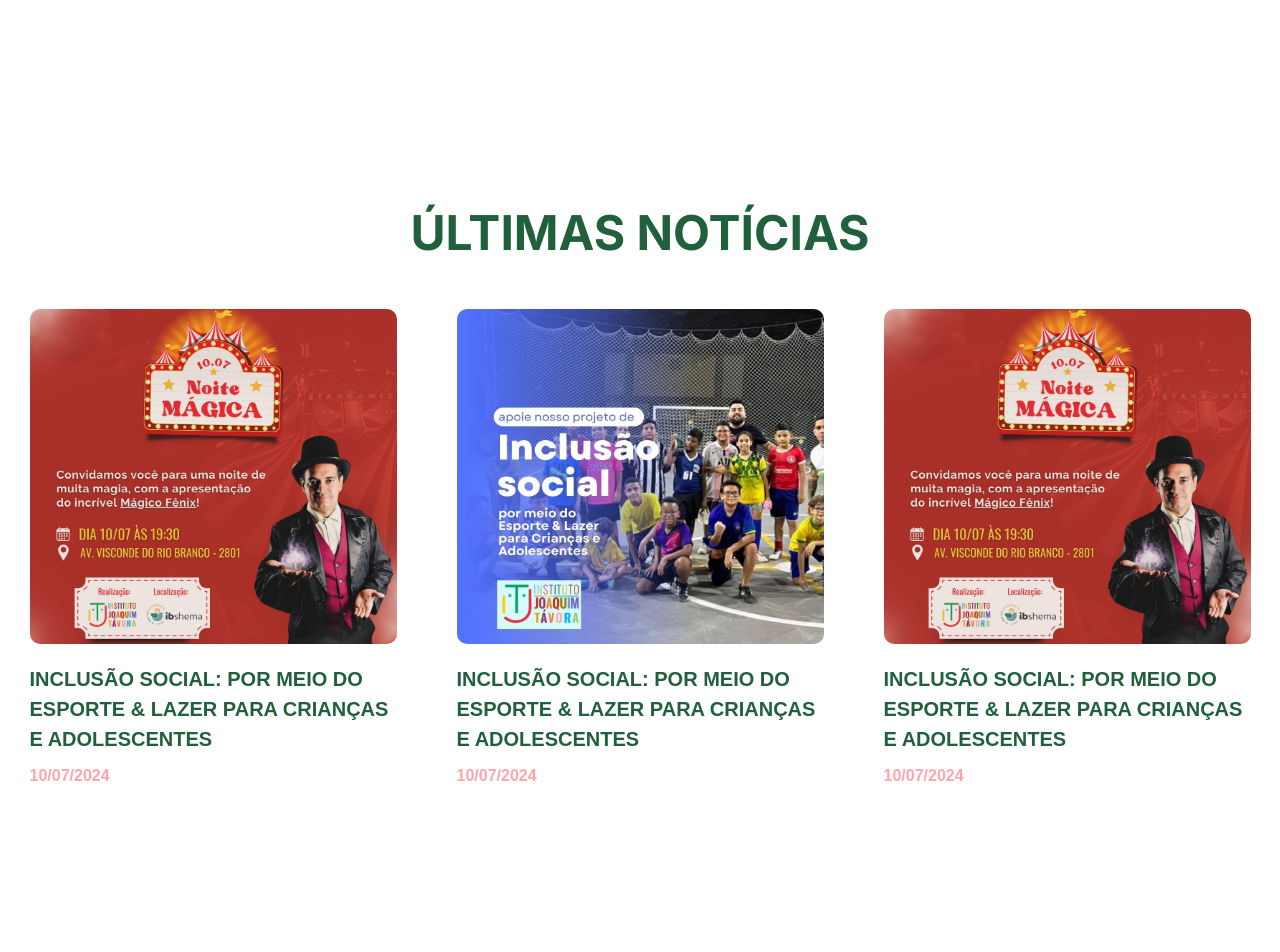
Repository: MarcelloMello90/itj2
Page: index.html
The author's editor kept a copy of each file at every save. The page is drawn from the files as they stood at one save, then again after the next save.
The browser window is 1280 px wide. The pictures show the part of the page from y = 743 to 1695 px (the page is 5489 px tall).

Above is the page before, as saved 2024-07-21 20:15:27.

### index.html
<!DOCTYPE html>
<html lang="pt-br">
<head>
  <link rel="preconnect" href="https://fonts.googleapis.com">
  <link rel="preconnect" href="https://fonts.gstatic.com" crossorigin>

  <meta charset="UTF-8">
  <meta name="viewport" content="width=device-width, initial-scale=1.0">

  <!-- <link rel="icon" type="image/svg+xml" href="/vite.svg" /> -->

  <!-- Favicon -->
  <link rel="apple-touch-icon" sizes="180x180" href="assets/favicon_packageapple-touch-icon.png">
  <link rel="icon" type="image/png" sizes="32x32" href="assets/favicon_package/favicon-32x32.png">
  <link rel="icon" type="image/png" sizes="16x16" href="assets/favicon_packagefavicon-16x16.png">
  <link rel="manifest" href="assets/favicon_package/site.webmanifest">
  <link rel="mask-icon" href="assets/favicon_package/safari-pinned-tab.svg" color="#5bbad5">
  <meta name="msapplication-TileColor" content="#da532c">
  <meta name="theme-color" content="#ffffff">
  <title>Instituto Joaquim Távora</title>

  <link href="https://fonts.googleapis.com/css2?family=Barlow:ital,wght@0,100;0,200;0,300;0,400;0,500;0,600;0,700;0,800;0,900;1,100;1,200;1,300;1,400;1,500;1,600;1,700;1,800;1,900&family=Inter:wght@100..900&family=Poppins:ital,wght@0,100;0,200;0,300;0,400;0,500;0,600;0,700;0,800;0,900;1,100;1,200;1,300;1,400;1,500;1,600;1,700;1,800;1,900&family=Roboto:ital,wght@0,100;0,300;0,400;0,500;0,700;0,900;1,100;1,300;1,400;1,500;1,700;1,900&family=Space+Grotesk:wght@300..700&display=swap" rel="stylesheet">


  <link rel="stylesheet" href="style.css">
</head>
<body>
  <div id="app">
    <div id="wrapper_app">
      <header>
        <div class="header_logo">
          <img src="./assets/logo/logo03peq.png" alt="imagem da logo do Instituto Joaquim Távora">
        </div>

        <div class="wrapper_nav">
          <nav>
            <ul>
              <li><a href="http://#" target="_blank">Início</a></li>
              <li><a href="http://#" target="_blank">Sobre nós</a></li>
              <li><a href="http://#" target="_blank">Parceiros</a></li>
              <li><a href="http://#" target="_blank">Notícias</a></li>
              <li><a href="http://#" target="_blank">Contato</a></li>
            </ul>
          </nav>
        </div>
      </header>

      <div class="carousel">
        <video
          class="elementor-background-video"
          autoplay=""
          muted=""
          playsinline=""
          loop=""
          src="/assets/video/Snapinsta.app_video_6F487980DB1930866F1B164CEB50C191_video_dashinit.mp4"
          >
        </video>

        <div id="items-wrapper-carousel">
          <div id="items">
            <div class="item"><img src="./assets/img_carousel/img1.jpg"/></div>
            <div class="item"><img src="./assets/img_carousel/img2.jpg"/></div>
            <!-- <div class="item"><img src="https://unsplash.it/1600/400?image=990"/></div>
            <div class="item"><img src="https://unsplash.it/1600/400?image=980"/></div>
            <div class="item"><img src="https://unsplash.it/1600/400?image=970"/></div>
            <div class="item"><img src="https://unsplash.it/1600/400?image=976"/></div>
            <div class="item"><img src="https://unsplash.it/1600/400?image=993"/></div>
            <div class="item"><img src="https://unsplash.it/1600/400?image=969"/></div> -->
          </div>
        </div>
      </div>

      <main>
        <section id="section1">
          <h1>Últimas Notícias</h1>

          <div class="wrapper_section1">
            <div class="wrapper_items">
              <div class="item_img">
                <img src="./assets/img_carousel/img3.jpg" alt="">
              </div>

              <div class="item_text">
                <p>Inclusão Social: por meio do esporte & lazer para crianças e adolescentes</p>
                <span>10/07/2024</span>
              </div>
            </div>

            <div class="wrapper_items">
              <div class="item_img">
                <img src="./assets/img_carousel/img1.jpg" alt="">
              </div>

              <div class="item_text">
                <p>Inclusão Social: por meio do esporte & lazer para crianças e adolescentes</p>
                <span>10/07/2024</span>
              </div>
            </div>

            <div class="wrapper_items">
              <div class="item_img">
                <img src="./assets/img_carousel/img3.jpg" alt="">
              </div>

              <div class="item_text">
                <p>Inclusão Social: por meio do esporte & lazer para crianças e adolescentes</p>
                <span>10/07/2024</span>
              </div>
            </div>
          </div>
        </section>

        <section id="section3">
          <div class="wrapper_section3">
           <h1>Projeto</h1>

           <div class="wrapper_items3">
            <div class="wrapper_project">
              <div class="project_img">
                <img src="./assets/img_carousel/img2.jpg" alt="">
              </div>

              <div class="project_text">
                <h3>Fustsal</h3>
                <span>
                  Fomos reconhecidos e contemplados através da Ministerio do Esporte, do
                   Governo Federal, com a aprovação do nosso projeto IJT VIVA ESPORTE,
                   visando assistir 80 crianças da comunidade Joaquim Távora e bairros
                   adjacentes. Com estrutura completa desde de uniformes, calçados,
                   alimentações, equipamentos esportivos e equipe de profissionais.
                </span>
              </div>
            </div>

            <div class="wrapper_project">
              <div class="project_text">
                <h3>Fustsal</h3>
                <span>
                  Fomos reconhecidos e contemplados através da Ministerio do Esporte, do
                   Governo Federal, com a aprovação do nosso projeto IJT VIVA ESPORTE,
                   visando assistir 80 crianças da comunidade Joaquim Távora e bairros
                   adjacentes. Com estrutura completa desde de uniformes, calçados,
                   alimentações, equipamentos esportivos e equipe de profissionais.
                </span>
              </div>

              <div class="project_img">
                <img src="./assets/img_carousel/img1.jpg" alt="">
              </div>
            </div>

            <div class="wrapper_project">
              <div class="project_img">
                <img src="./assets/img_carousel/img2.jpg" alt="">
              </div>

              <div class="project_text">
                <h3>Fustsal</h3>
                <span>
                  Fomos reconhecidos e contemplados através da Ministerio do Esporte, do
                   Governo Federal, com a aprovação do nosso projeto IJT VIVA ESPORTE,
                   visando assistir 80 crianças da comunidade Joaquim Távora e bairros
                   adjacentes. Com estrutura completa desde de uniformes, calçados,
                   alimentações, equipamentos esportivos e equipe de profissionais.
                </span>
              </div>
            </div>
          </div>

        </section>

        <section id="section4">
          <div class="wrapper_section4">
            <h1>Parceiros</h1>

            <div class="wrapper_parceiros_logo">
              <div class="item_img_logo">
                <a href="https://www.instagram.com/fatimatortasebolos/" target="_blank"><img src="./assets/parceiros/parceiro_fatimaBolo.jpg" alt=" Logo parceiro fatima bolos"></a>
              </div>

              <div class="item_img_logo">
                <a href="https://www.instagram.com/servicospratrimoniaismoura/" target="_blank">
                  <img src="./assets/parceiros/parceiro_servico_patrionais_moura.jpg"
                  alt=" Logo parceiro fatima bolos">
                </a>
              </div>
            </div>

            <div class="wrapper_form_parceiro">

            </div>
          </div>
        </section>

        <section id="section5">
          <div class="wrapper_section5">
            <h1>Contato</h1>

            <form id="form" action="https://formsubmit.co/contato@institutojoaquimtavora.org" method="POST">
              <div class="wrap-input-mobile">
                <label for="nome"></label>
                <input type="text" id="nome" name="nome" placeholder="Nome" required>

                <label for="email"></label>
                <input type="email" id="email" name="email" placeholder="email"  required>

              </div>

              <label for="area_interesse"></label>
              <input type="text" id="area_interesse" name="area_interesse"  placeholder="Assunto"  required>


              <textarea id="mensagem" name="mensagem" placeholder="Nos fale sua dúvida, sugestão, parceria."></textarea>

              <button class="btn_form"  type="submit">Enviar</button>
            </form>


          </div>
        </section>
      </main>
      <footer>
        <div class="wrapper_footer">
          <div class="box-logo">
            <img
              src="./assets/logo/logo04med.png"
              alt="logo Instituto Joaquim Távora">
          </div>

          <div class="box-contact">
            <span>
              R. Henrique Rabêlo, 1321 - Joaquim Távora, Fortaleza - CE, 60110-540
            </span>

            <span>
              <a href="tel:+5585985350707"> (85) 98535-0707</a>
            </span>

            <span>
              <a href="mailto:contato@institutojoaquimtavora.com.br">contato@institutojoaquimtavora.org</a>
            </span>
          </div>

        </div>
      </footer>
      <div class="footer-ano">
        <span>2024 - Todos os direito reservados | <a href="https://github.com/MarcelloMello90">Criado por Marcelo Melo</a></span>
      </div>
    </div>
  </div>
  <script src="./script.js"></script>
</body>
</html>

### style.css
* {
  margin: 0;
  padding: 0;
  box-sizing: border-box;
  outline: none;

  -webkit-font-smoothing: antialiased;
  -moz-osx-font-smoothing: grayscale;
}

:root{
  font-size: 62.5%;
  --ff-01: "Inter", sans-serif;
  --ff-02: 'Barlow Condensed', sans-serif;
  --ff-03: 'Space Grotesk', sans-serif;
  --ff-04: "Poppins", sans-serif;
  --ff-05: "Roboto", sans-serif;

  --bg01: #20603C;
  --bg02: #00b0f0; /*bg header*/
  --bg03: #00A651; /*bg card-assistencia social*/
  --bg04: #ED1C24; /*bg card-esporte*/
  --bg05: #003399; /*bg card-inclusao digital*/
  --bg06: #6666CC; /*bg card-educaçao*/
  --bg07: #9A1B56; /*bg card-empregabilidade*/
  --bg08: #F4EDE5; /*bg footer*/
  --bg09: #FFDE59; /*bordar box-01 (balao 50 crianças)*/
  --bg10: #6ED8FF; /*bordar box-02 (balao 150 crianças)*/
  --bg11: #FEA5A9; /*bordar box-03 (balao 100 crianças)*/
  --bg12: #000;
  --bg13: #ffffff;
  --bg14: #E6B12E; /* btn*/

  --text01: #00AEEF; /* box logo inicial, text header, h1*/
  --text02: #636363;/*text p*/
  --text03: #666460;/*text p footer*/
}


body{
  font-size: 1.6rem;
  font-family: var(--ff-01);
}

a, button {
  text-decoration: none;
  font-family: var(--ff-01);
  background: transparent;
}

#app{
  width: 100%;
  height: 100vh;
}
#wrapper_app{
  width: 100%;
  height: 100vh;

  display: grid;
  grid-template-areas:
    "header"
    "carousel"
    "main"
    "footer"
  ;

  grid-template-rows: clamp(60px, 16vw + 1rem, 100px) 700px auto auto;
  grid-template-columns: auto;
}

header{
  grid-area: header;

  display: flex;
  align-items: center;
  justify-content: space-between;

  padding: 0 40px;
}

header img{
  width: 132px;
  height: 66px;
}

header .wrapper_nav nav ul{
  text-decoration: none;
  display: flex;
  gap: 20px;
}

header .wrapper_nav nav ul li{
  display: flex;
  text-decoration: none;
}

header .wrapper_nav nav ul li a{
  display: flex;
  text-decoration: none;

  color: var(--bg01);
  font-family: Inter;
  font-size: 16px;
  font-style: normal;
  font-weight: 700;
  line-height: 24px;
  text-transform: uppercase;
}

header .wrapper_nav nav ul li a:hover{
  color: var(--bg14);
}


/* carousel */

.carousel{
  grid-area: carousel;
  height: 100%;
  width: 100%;
}

/* elemento vídeo */
.elementor-background-video{
  width: 100%;
  height: 600px;
}

video{
  width: 100%;
  height: 100%;
  object-fit: cover;
}

/* carousel */
#items-wrapper-carousel{
  width: 100%;
  display: none;
}

#items{
  display: flex;

  overflow-x: hidden;
  /*propriedade que exibe 100% uma imagem que esta sendo exibida mais de 50% da tela*/
  scroll-snap-type: x mandatory;
  -webkit-overflow-scrolling: touch;

  /*deixa o comportamento suave ao passar o elemento  */
  scroll-behavior: smooth;
}

.item{
  /* anula a propriedade do display flex */
  flex: none;

  width: 100%;
  height: 700px;

  /* propriedade que inicia a propriedade scroll-snap-type. Essa propriedade exibe 100% uma imagem que esta sendo exibida mais de 50% da tela */
  scroll-snap-align: start;

  /* tira o evento do cursor sobre o elemento. Assim posso fazer o scroll utilizando a roda do mouse quando o ponteiro estiver em cima do elemento*/
  pointer-events: none;

  /* Adiciona a transição suave */
  transition: transform 3s ease-in-out;

}


img{
  width: 100%;
  height: 99%;

  /* imagem se adapta a 100% do tamanho da caixa */
  object-fit: cover;
}
/* fim carousel */


main{
  grid-area: main;

  display: grid;
  place-items: center;
  grid-template-areas:
    "section1"
    "section2"
    "section3"
    "section4"
    "section5"
  ;
  grid-template-columns: 1fr;
  grid-template-rows: auto auto auto auto;

  margin-top: 160px;

  gap: 100px;

}


/* section1 */
#section1{
  grid-area: section1;

  width: 100%;
  height: 100%;

  display: flex;
  flex-direction: column;
  justify-content: center;
  align-items: center;
  gap: 60px;

  color: var(--bg01);
  font-size: 32px;
  font-weight: 600;
  line-height: 32px;
  text-transform: uppercase;
}

.wrapper_section1{
  display: flex;
  gap: 60px;
}

.wrapper_items{
  display: flex;
  flex-direction: column;
  /* gap: 150px; */
}

.item_img{
  width: 367px;
  height: 335px;
}

.item_img img{
  width: 100%;
  height: 100%;

  border-radius: 10px;
  object-fit: cover;
  object-position: center center;
}

.item_text{
  width: 367px;
  margin-top: 20px;
}

.item_text p{
  color: var(--bg01);
  font-family: "Liberation Sans";
  font-size: 20px;
  font-style: normal;
  font-weight: 700;
  line-height: 30px;
  text-transform: uppercase;
}

.item_text span{
  color: var(--bg11);
  font-family: "Liberation Sans";
  font-size: 16px;
  font-style: normal;
  font-weight: 700;
  line-height: 20px;
  text-transform: uppercase;
}

#btn_section1{
  display: flex;

  justify-content: center;
  align-items: center;
  flex-shrink: 0;

  border-radius: 10px;
  border: 2px solid var(--bg14);
}

#btn_section1 a{
  background-color: none;
  padding: 18px;


  color: var(--bg01);
  text-align: center;
  font-family: Inter;
  font-size: 14px;
  font-style: normal;
  font-weight: 700;
  line-height: 16px;
}
/* fim section 1 */



/* section2 */
#section2{
  grid-area: section2;

  background: var(--bg01);
  width: 100%;
  height: 800px;
  display: flex;
  justify-content: center;
}

.wrapper_section2{
  width: 1000px;
  height: 100%;

  display: flex;
  flex-direction: column;
  justify-content: center;
  align-items: center;
  gap: 60px;


  color: var(--bg13);
  font-size: 40px;
  font-weight: 600;
  line-height: 32px;
}

#section2 p{
  color: var(--bg13);
  font-family: Inter;
  font-size: 18px;
  font-style: normal;
  font-weight: 400;
  line-height: 40px;
}
/* fim section2 */


/* section3 */
#section3{
  grid-area: section3;

  width: 100%;
  height: 100%;
  display: flex;
  justify-content: center;
}

.wrapper_section3{
  width: 1000px;
  height: 100%;

  display: flex;
  flex-direction: column;
  justify-content: center;
  align-items: center;
  gap: 100px;


  color: var(--bg01);
  font-size: 40px;
  font-weight: 600;
  line-height: 32px;
}

.wrapper_items3{
  display: flex;
  flex-direction: column;
  gap: 150px;
}

.wrapper_project{
  display: flex;
  justify-content: center;
  align-items: center;
  gap: 60px;
}

.project_img {
  width: 400px;
  height: 420px
}

.project_img img{
  width: 100%;
  height: 100%;

  border-radius: 10px;
  object-fit: cover;
  object-position: center center;
}

.project_text{
  width: 500px;
  display: flex;
  flex-direction: column;
  align-items: center;
  gap: 30px;
}

.project_text span{
  color: var(--bg01);
  font-family: var(--ff-01);
  font-size: 16px;
  font-weight: 500;
  line-height: 32px;
  text-transform: uppercase;
}
/* fim section3 */

/* section4 */
#section4{
  grid-area: section4;

  background: var(--bg01);

  width: 100%;
  height: 800px;
  display: flex;
  justify-content: center;
}

.wrapper_section4{
  width: 1000px;
  height: 100%;

  display: flex;
  flex-direction: column;
  justify-content: center;
  align-items: center;
  gap: 150px;


  color: var(--bg13);
  font-size: 40px;
  font-weight: 600;
  line-height: 32px;
}

.wrapper_parceiros_logo{
  width: 100%;
  display: flex;
  justify-content: space-around;
}

.item_img_logo{
  width: 220px;
  height: 200px;
}

.item_img_logo img{
  width: 100%;
  height: 100%;

  border-radius: 10px;
  object-fit: cover;
  object-position: center center;
}
/* fim section4 */

/* section45*/
#section5{
  grid-area: section5;

  width: 100%;
  height: 600px;
  display: flex;
  justify-content: center;
}

.wrapper_section5{
  width: 1000px;
  height: 100%;

  display: flex;
  flex-direction: column;
  justify-content: center;
  align-items: center;
  gap: 60px;


  color: var(--bg01);
  font-size: 40px;
  font-weight: 600;
  line-height: 32px;
}


/* form desktop */
#box-form{
  max-width: 100%;

  display: none;
  justify-content: center;
  align-items: center;
  justify-content: flex-end;
}

#form{
  max-width: 100rem;

  display: flex;
  flex-direction: row;
  padding: .5rem;
  gap: 1.5rem;
  flex-wrap: wrap;
  justify-content: flex-end;
}


#form label{
  color: var(--bg01);
  font-size: 1rem;
}

#form input {
  width: 100%;
  height: 4rem;

  padding: 1.5rem;
  border-radius: 1rem;
  border: 1px solid var(--bg01);
}

.wrap-input-mobile{
  display: flex;
  flex-direction: row;
  width: 100%;
  margin-top: 2rem;
}

.wrap-input-mobile input:nth-child(2){
  margin-right: 3rem;
}

#form textarea {
  width: 100%;
  height: 10rem;

  margin-top: 1rem;
  padding: 1.5rem;
  border-radius: 1rem;
  border: 1px solid var(--bg01);

  resize: none;
}

#form input::placeholder{
  color: rgb(182, 176, 176);
}

#form input, textarea::placeholder{
  color: rgb(151, 145, 145);
}
.btn_form{
  background-color: var(--bg01);
  width: 16rem;
  height: 5.5rem;
  color: var(--bg13);
  border: none;
  border-radius: 1rem;
  font-size: 2rem;
  font-weight: bold;
  margin-top: 2rem;
  margin-bottom: 5rem;
}

.btn_form:hover{
  background-color: #5fad81;
}
/* fim section5 */



footer{
  background: var(--bg01);
  grid-area: footer;

  color: var(--bg13);

  width: 100%;
  height: auto;
  display: flex;
  justify-content: center;
}

.wrapper_footer{
  display: flex;
  flex-direction: column;
  justify-content: center;
  align-items: center;

  padding: 50px 0;

  gap: 60px;
}

.box-logo{
  background: var(--bg13);
  padding: 16px;
  border-radius: 10px;
}

.box-contact{
  display: flex;
  flex-direction: column;
  align-items: center;
  gap: 20px;
}

.box-contact a{
  text-decoration: none;
  color: var(--bg13);
}

.box-contact span a:hover{
  text-decoration: none;
  color: var(--bg14);
}

.footer-ano {
  width: 100%;

  display: flex;
  justify-content: center;

  padding: 10px;

  background-color: var(--bg01);
  border-top: 1px solid var(--bg08);

  color: var(--bg13);
  font-size: 1.4rem;
}

.footer-ano a{
  text-decoration: none;
  color: var(--bg13);
}


.footer-ano a:hover{
  text-decoration: none;
  color: var(--bg14);
}

### script.js
const items = document.querySelector("#items");
let currentIndex = 0;
const itemCount = items.children.length;
const scrollAmount = items.clientWidth;

function scrollToNext() {
  currentIndex = (currentIndex + 1) % itemCount;
  items.scrollTo({
    left: scrollAmount * currentIndex,
    behavior: 'smooth'
  });
}

// Define o intervalo para mudar a cada 3 segundos
setInterval(scrollToNext, 3000);

items.addEventListener("wheel", event => {
  clearInterval(autoScrollInterval);
  if(event.deltaY > 0) {
    items.scrollBy({left: scrollAmount, behavior: 'smooth'});
  } else {
    items.scrollBy({left: -scrollAmount, behavior: 'smooth'});
  }
  autoScrollInterval = setInterval(scrollToNext, 4000);
});

After the next save:
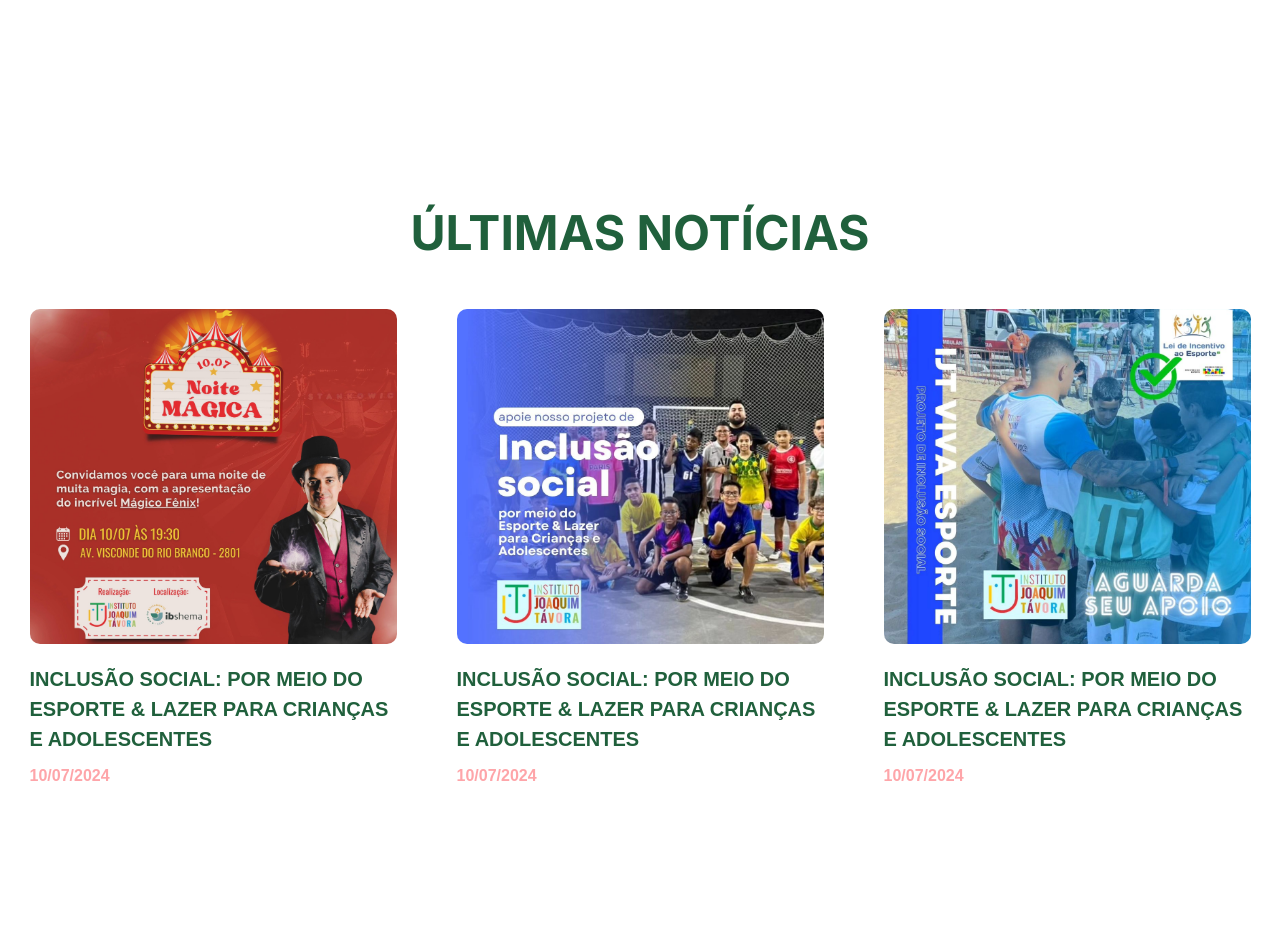
Saved 10 s later.
--- a/index.html
+++ b/index.html
@@ -99,7 +99,7 @@
 
             <div class="wrapper_items">
               <div class="item_img">
-                <img src="./assets/img_carousel/img3.jpg" alt="">
+                <img src="./assets/img_carousel/img2.jpg" alt="">
               </div>
 
               <div class="item_text">
